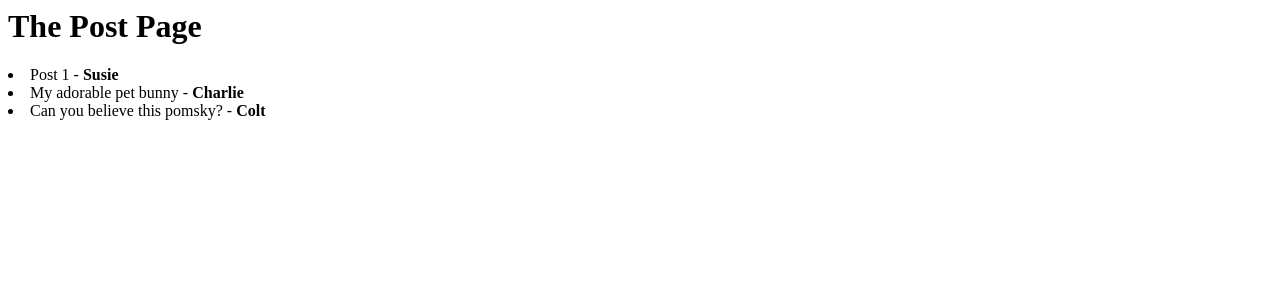
Repository: jersanmd/Learn-Node-JS
Page: http://localhost/posts
The author's editor kept a record of every edit. The page is drawn from the files as they stood at one moment, then again after a run of edits.
The browser window is 1280 px wide. The pictures show the whole page.
The page is served by the project's Node server (MoreExpress/EJSDemo/app.js).

Above is the page before.

### MoreExpress/EJSDemo/views/posts.ejs
<h1>The Post Page</h1>

<%  for(var i = 0; i < posts.length; i++) { %>
        <li>
            <%= posts[i].title %> -
            <strong>
                <%= posts[i].author %>
            </strong>
        </li>
<%  } %>

### MoreExpress/EJSDemo/app.js
var express = require("express");
var app = express();

app.get("/", function(req, res) {
    res.render("home.ejs");
});

app.get("/fallinlovewith/:thing", function(req, res) {
    var thing = req.params.thing;
    res.render("love.ejs", {
        thingVar: thing
    });
})

app.get("/posts", function(req, res) {
    var posts = [
        { title: "Post 1", author: "Susie" },
        { title: "My adorable pet bunny", author: "Charlie" },
        { title: "Can you believe this pomsky?", author: "Colt" }
    ];
    res.render("posts.ejs", {posts: posts});
})

app.listen(process.env.PORT, process.env.IP, function() {
   console.log("Server is running...");
});

After the next 2 edits:
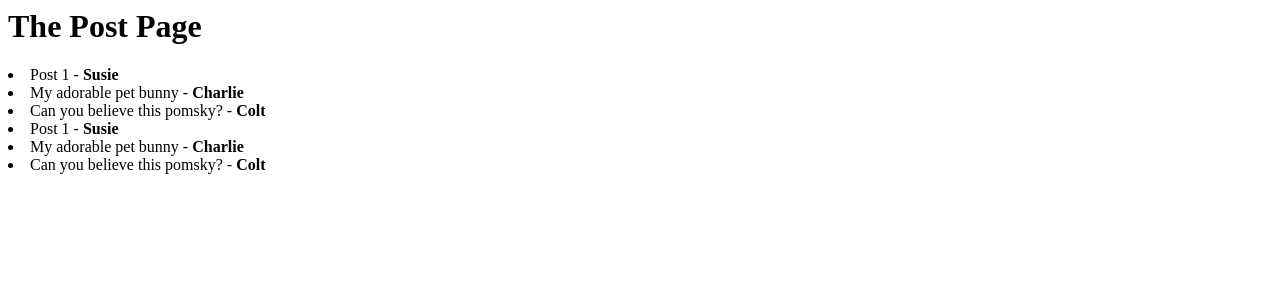
The 2 edits are shown as one change because 1 did not build or start.
The edit:
--- a/MoreExpress/EJSDemo/views/posts.ejs
+++ b/MoreExpress/EJSDemo/views/posts.ejs
@@ -8,3 +8,12 @@
             </strong>
         </li>
 <%  } %>
+
+<%  posts.forEach(function(post) { %>
+    <li>
+        <%= post.title %> -
+        <strong>
+            <%= post.author %>
+        </strong>
+    </li>
+<%  }) %>

After the edit that followed:
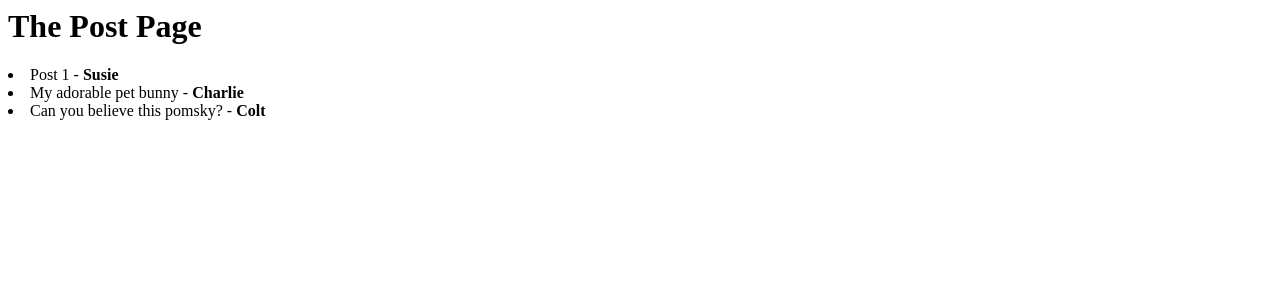
The edit:
--- a/MoreExpress/EJSDemo/views/posts.ejs
+++ b/MoreExpress/EJSDemo/views/posts.ejs
@@ -1,13 +1,4 @@
 <h1>The Post Page</h1>
-
-<%  for(var i = 0; i < posts.length; i++) { %>
-        <li>
-            <%= posts[i].title %> -
-            <strong>
-                <%= posts[i].author %>
-            </strong>
-        </li>
-<%  } %>
 
 <%  posts.forEach(function(post) { %>
     <li>
